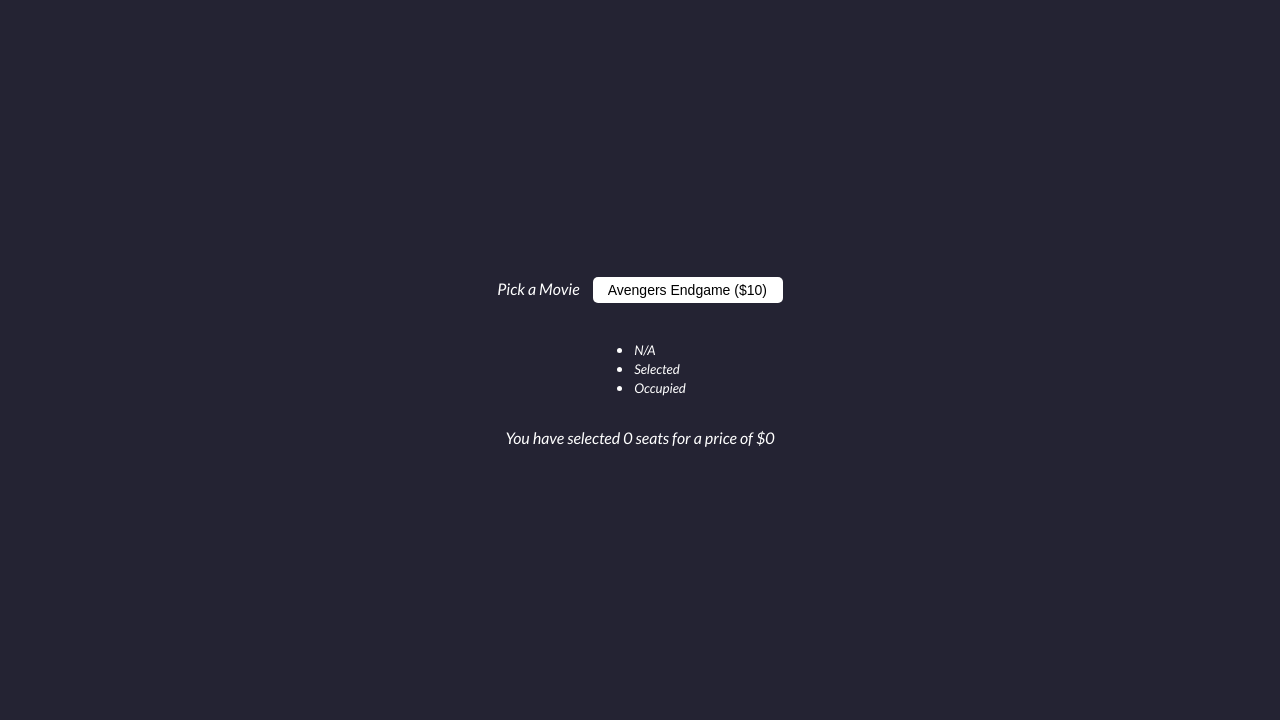
Repository: Izaya171/programming
Page: movieTickets/index.html
These files come from the project's save history. The page is drawn as it stood at one moment and after the next save; the edit follows.
The browser window is 1280 px wide. The pictures show the whole page.

Above is the page before, as saved 2021-09-18 15:13:36.

After the next save:
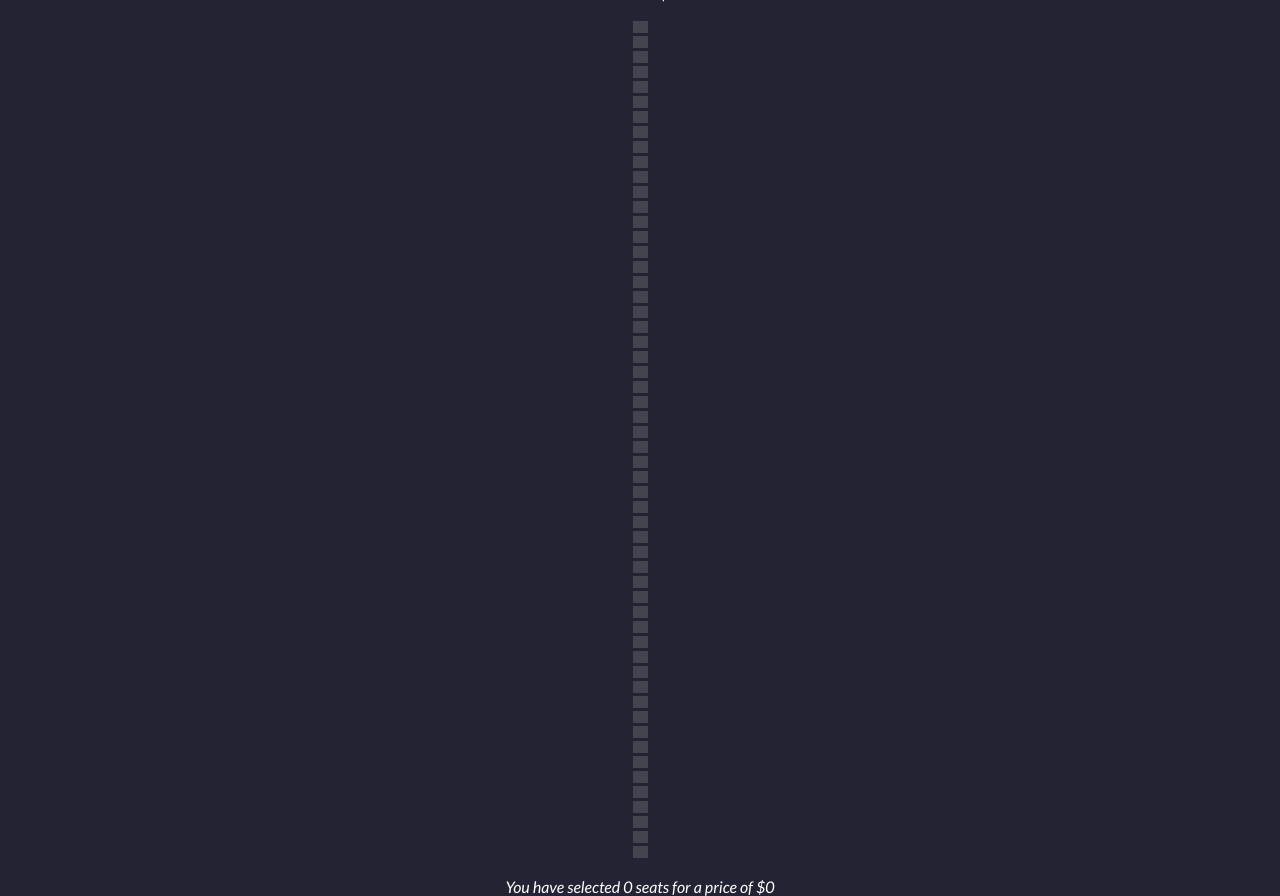
Saved 71 s later.
--- a/movieTickets/styles.css
+++ b/movieTickets/styles.css
@@ -30,3 +30,10 @@ body {
     -webkit-appearance: none;
     appearance: none;
 }
+
+.seat {
+    background-color: #444451;
+    height: 12px;
+    width: 15px;
+    margin: 3px;
+}
